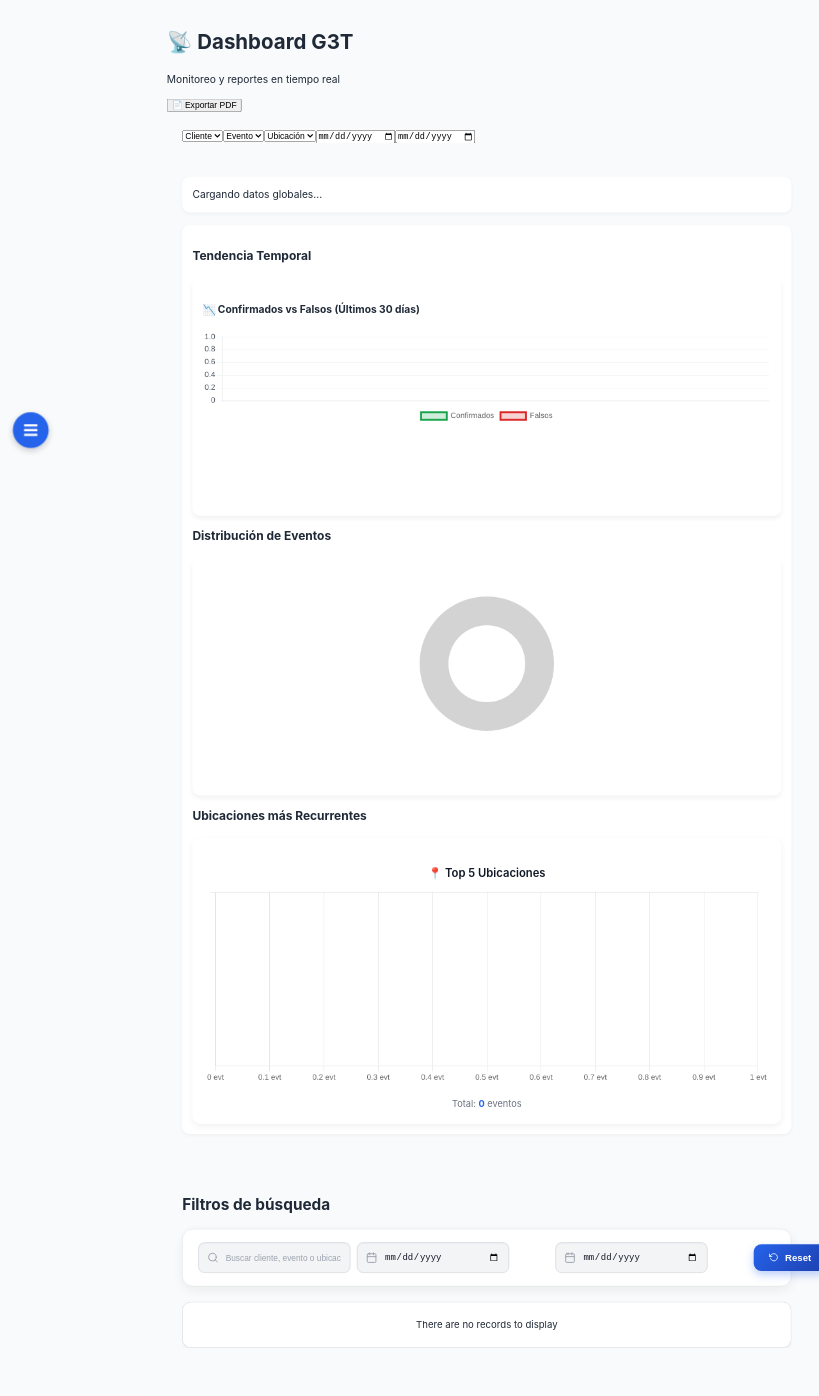
Repository: BBrian11/reportes
Page: /
An editor plug-in stored every save of this project. The page is shown before and after the next save, followed by the edit.
The browser window is 1280 px wide. The pictures show the whole page, at 64% of full size.
The page's requests for data from a server got no answer. The project was rebuilt for these pictures with package versions that can differ from the ones it lists, and the page was loaded fresh each time. Some packages were replaced by stand-ins written for this rebuild. No one was signed in, and anything a server would have sent is missing. Also part of the build but not shown: vite.config.js, src/components/Dashboard/BarChart.jsx, src/styles/tgsstats.css, src/components/Dashboard/TgsStats.jsx, src/styles/edificiostats.css, src/components/Dashboard/EdificioStats.jsx, src/styles/vtvstats.css, src/components/Dashboard/VtvStats.jsx and 6 more.

Above is the page before, as saved 2025-08-01 16:09:50.

After the next save:
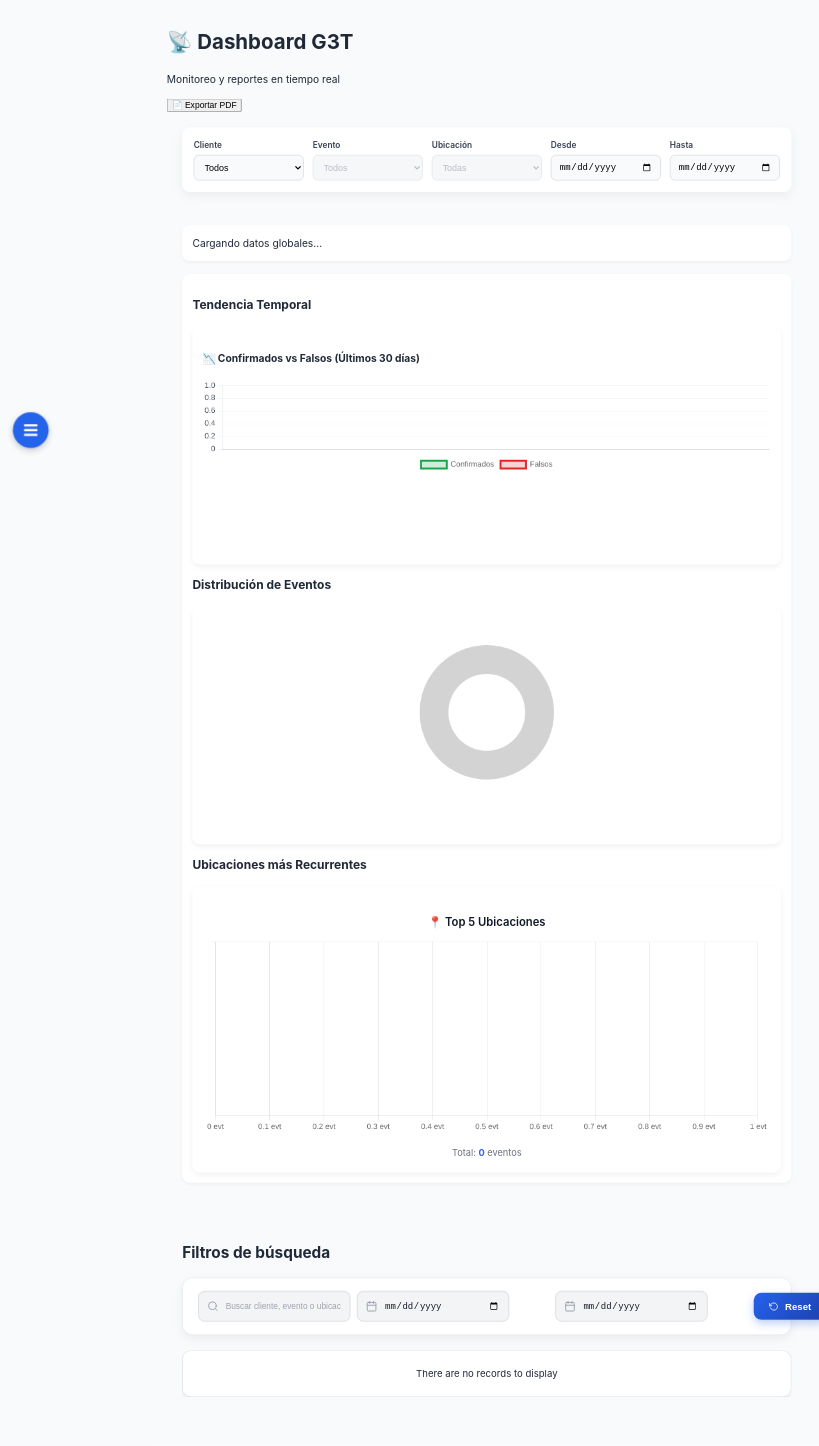
Saved 19 s later.
--- a/src/components/Dashboard/Filters.jsx
+++ b/src/components/Dashboard/Filters.jsx
@@ -1,19 +1,92 @@
-import React from 'react';
+import React from "react";
+import "../../styles/filters.css";
 
-export default function Filters() {
+export default function Filters({ filtros, setFiltros, eventos }) {
+  // Filtrar dinámicamente
+  const eventosPorCliente = filtros.cliente
+    ? eventos.filter((e) => e.cliente === filtros.cliente)
+    : eventos;
+
+  const clientes = [...new Set(eventos.map((e) => e.cliente))];
+  const eventosUnicos = [...new Set(eventosPorCliente.map((e) => e.evento))];
+  const ubicaciones = [...new Set(eventosPorCliente.map((e) => e.ubicacion))];
+
   return (
-    <div className="bg-white p-4 rounded-lg shadow mb-4 flex flex-wrap gap-2">
-      <select className="border p-2 rounded w-full md:w-auto">
-        <option>Cliente</option>
-      </select>
-      <select className="border p-2 rounded w-full md:w-auto">
-        <option>Evento</option>
-      </select>
-      <select className="border p-2 rounded w-full md:w-auto">
-        <option>Ubicación</option>
-      </select>
-      <input type="date" className="border p-2 rounded w-full md:w-auto" />
-      <input type="date" className="border p-2 rounded w-full md:w-auto" />
+    <div className="filters-box">
+      {/* Cliente */}
+      <div className="filter-item">
+        <label className="filter-label">Cliente</label>
+        <select
+          className="filter-select"
+          value={filtros.cliente}
+          onChange={(e) =>
+            setFiltros({ ...filtros, cliente: e.target.value, evento: "", ubicacion: "" })
+          }
+        >
+          <option value="">Todos</option>
+          {clientes.map((c, idx) => (
+            <option key={idx} value={c}>
+              {c}
+            </option>
+          ))}
+        </select>
+      </div>
+
+      {/* Evento */}
+      <div className="filter-item">
+        <label className="filter-label">Evento</label>
+        <select
+          className="filter-select"
+          value={filtros.evento}
+          onChange={(e) => setFiltros({ ...filtros, evento: e.target.value })}
+          disabled={!filtros.cliente}
+        >
+          <option value="">Todos</option>
+          {eventosUnicos.map((ev, idx) => (
+            <option key={idx} value={ev}>
+              {ev}
+            </option>
+          ))}
+        </select>
+      </div>
+
+      {/* Ubicación */}
+      <div className="filter-item">
+        <label className="filter-label">Ubicación</label>
+        <select
+          className="filter-select"
+          value={filtros.ubicacion}
+          onChange={(e) => setFiltros({ ...filtros, ubicacion: e.target.value })}
+          disabled={!filtros.cliente}
+        >
+          <option value="">Todas</option>
+          {ubicaciones.map((u, idx) => (
+            <option key={idx} value={u}>
+              {u}
+            </option>
+          ))}
+        </select>
+      </div>
+
+      {/* Fechas */}
+      <div className="filter-item">
+        <label className="filter-label">Desde</label>
+        <input
+          type="date"
+          className="filter-input"
+          value={filtros.fechaInicio}
+          onChange={(e) => setFiltros({ ...filtros, fechaInicio: e.target.value })}
+        />
+      </div>
+      <div className="filter-item">
+        <label className="filter-label">Hasta</label>
+        <input
+          type="date"
+          className="filter-input"
+          value={filtros.fechaFin}
+          onChange={(e) => setFiltros({ ...filtros, fechaFin: e.target.value })}
+        />
+      </div>
     </div>
   );
 }
